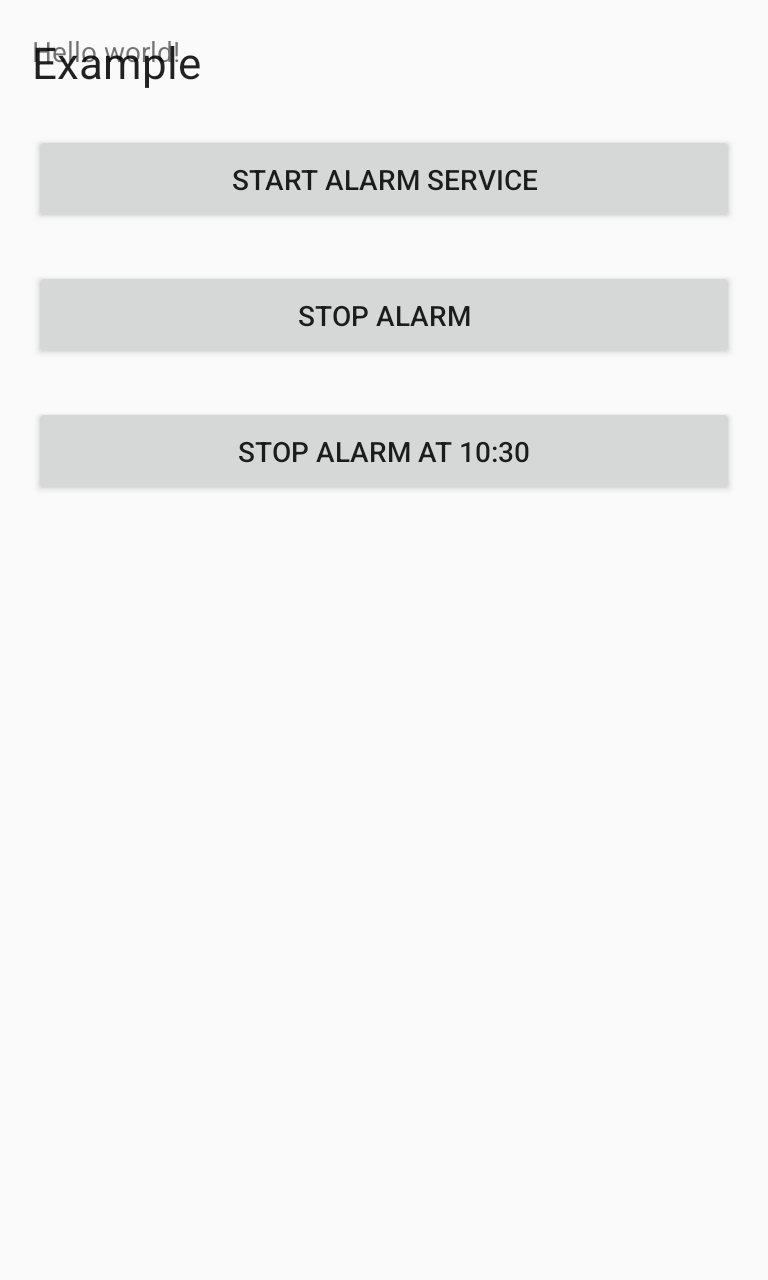
Repository: aludena18/android_apps
Layout: AlarmService/res/layout/activity_main.xml
The author's editor kept a copy of each file at every save. The layout is drawn from the files as they stood at one save, then again after the next save.
It is drawn on a 768 x 1280 px phone screen (xhdpi) without system bars, with theme AppTheme; the app's code is not run. The app's manifest (not shown) leaves right-to-left support off. So textAlignment, textDirection and layoutDirection are ignored, and left and right values win over start and end ones.

Above is the layout before, as saved 2015-06-26 20:48:20.

After the next save:
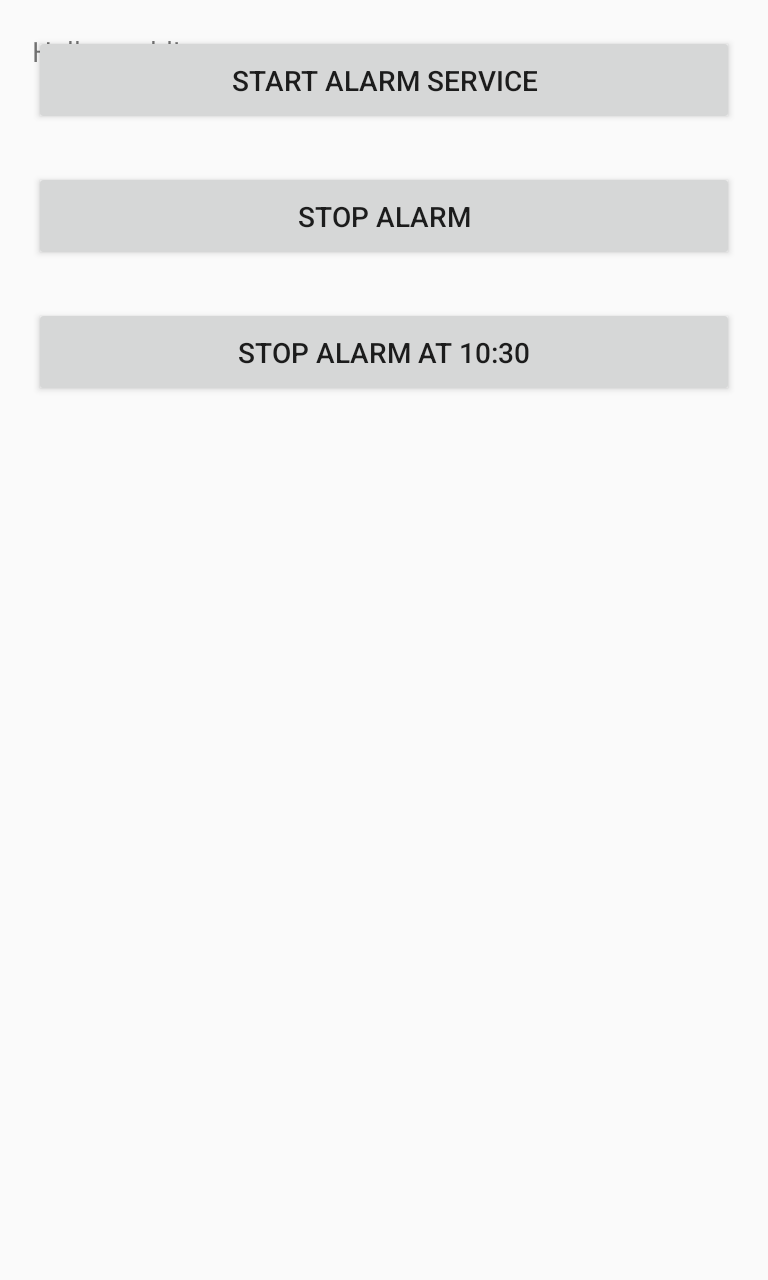
Saved 27 min 14 s later.
--- a/AlarmService/res/layout/activity_main.xml
+++ b/AlarmService/res/layout/activity_main.xml
@@ -13,13 +13,7 @@
         android:layout_height="wrap_content"
         android:text="@string/hello_world" />
 
-    <TextView
-        android:id="@+id/textView"
-        android:layout_width="wrap_content"
-        android:layout_height="wrap_content"
-        android:layout_marginBottom="20dp"
-        android:text="Example"
-        android:textAppearance="?android:attr/textAppearanceLarge" />
+
 
     <Button
         android:id="@+id/startAlarm"
